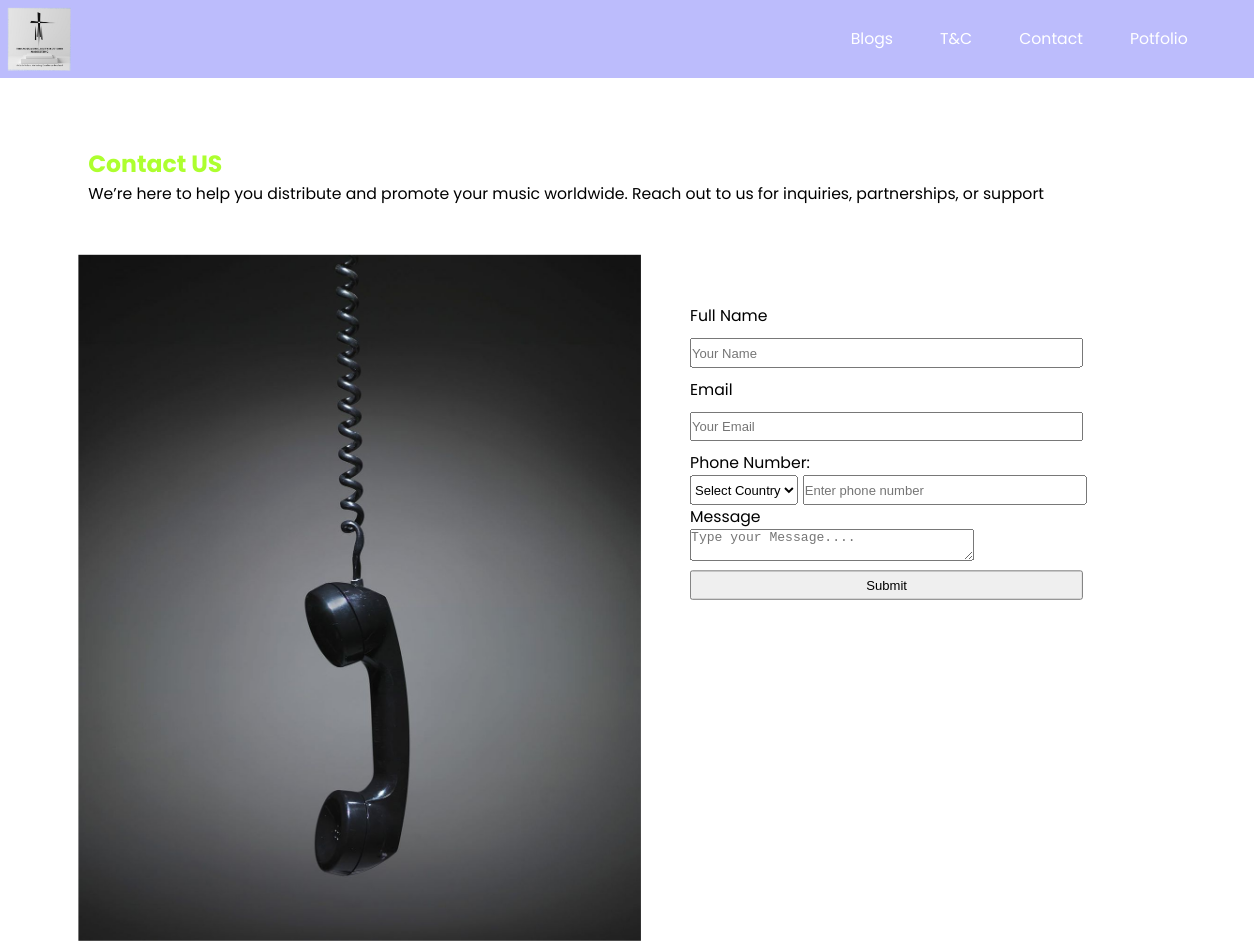
Repository: Ikebobo11/theboss
Page: contact.html
These files come from the project's save history. The page is drawn as it stood at one moment and after a run of saves; the edit follows.
The browser window is 1280 px wide. The pictures show the whole page, at 98% of full size.

Above is the page before, as saved 2025-08-16 06:13:02.

### contact.html
<!DOCTYPE html>
<html lang="en">
<head>
    <meta charset="UTF-8">
    <meta name="viewport" content="width=device-width, initial-scale=1.0">
    <link rel="stylesheet" href="contact.css">
    <link rel="shortcut icon" href="./WhatsApp Image 2025-05-12 at 4.31.54 PM.jpeg" type="image/x-icon">
    <link rel="preconnect" href="https://fonts.googleapis.com">
    <link rel="preconnect" href="https://fonts.gstatic.com" crossorigin>
    <link href="https://fonts.googleapis.com/css2?family=Poppins:ital,wght@0,100;0,200;0,300;0,400;0,500;0,600;0,700;0,800;0,900;1,100;1,200;1,300;1,400;1,500;1,600;1,700;1,800;1,900&display=swap" rel="stylesheet">
    <title>Document</title>
</head>
<body>
       <div class="menudiv">
      <div class="subhide">
        <a href="">Blogs</a>
        <a href="#Our-Services">T&C</a>
        <a href="contact.html">Contact</a>
        <a href="">Potfolio</a>
      </div>
     </div>
    <header>
        <div class="header-first-div">
            <img class="logo-image" src="./WhatsApp Image 2025-05-12 at 4.31.54 PM.jpeg"/>
            <div class="Nav-a">
              <a class="link-a" href="#about">Blogs</a>
              <a class="link-a" href="#Our-Services">T&C</a>
              <a class="link-a" href="contact.html">Contact</a>
              <a class="link-a" href="">Potfolio</a>
            </div>
                <img class="showbut hidela" src="./asset/hamburger.png"/>
                <img class="showbut hidelb" src="./asset/multiplication.png"/>

          </div>
          <section class="sectionA">
            <div class="headingc">
              <h1>Contact US</h1>
              <p>We’re here to help you distribute and promote your music worldwide. Reach out to us for inquiries, partnerships, or support</p>
            </div>
            <main class="contact-form">
              <div class="telephoneA">
                <img src="./asset/telephone.jpg"/>
              </div>
              <div class="formdiv">
                <form action="" method="post">
                  <label for="name">Full Name</label>
                  <input name="Full Name" id="name" placeholder="Your Name" required/>
                  <label for="Email">Email</label>
                  <input name="Email" id="Email" placeholder="Your Email" required/>
                  <label for="phone">Phone Number:</label>
                <div style="display: flex; gap: 5px;">
                <select id="country-code" name="country-code" style="width: 110px;" required>
                  <option value="">Select Country</option>
                  <!-- Americas / Europe / Asia-Pacific -->
                  <option value="+1">🇺🇸 +1 - United States</option>
                  <option value="+44">🇬🇧 +44 - United Kingdom</option>
                  <option value="+61">🇦🇺 +61 - Australia</option>
                  <option value="+64">🇳🇿 +64 - New Zealand</option>
                  <option value="+81">🇯🇵 +81 - Japan</option>
                  <option value="+49">🇩🇪 +49 - Germany</option>
                  <option value="+33">🇫🇷 +33 - France</option>
                  <option value="+39">🇮🇹 +39 - Italy</option>
                  <option value="+34">🇪🇸 +34 - Spain</option>
                  <option value="+55">🇧🇷 +55 - Brazil</option>
                  <option value="+358">🇫🇮 +358 - Finland</option>
                  <option value="+46">🇸🇪 +46 - Sweden</option>
                  <option value="+45">🇩🇰 +45 - Denmark</option>
                  <option value="+31">🇳🇱 +31 - Netherlands</option>
                  <option value="+351">🇵🇹 +351 - Portugal</option>
                  <option value="+41">🇨🇭 +41 - Switzerland</option>
                  <option value="+420">🇨🇿 +420 - Czech Republic</option>
                  <option value="+353">🇮🇪 +353 - Ireland</option>
                  <option value="+32">🇧🇪 +32 - Belgium</option>
                  <option value="+48">🇵🇱 +48 - Poland</option>
                  <option value="+234">🇳🇬 +234 - Nigeria</option>
                  <option value="+27">🇿🇦 +27 - South Africa</option>
                  <option value="+256">🇺🇬 +256 - Uganda</option>
                  <option value="+254">🇰🇪 +254 - Kenya</option>
                  <option value="+255">🇹🇿 +255 - Tanzania</option>
                  <option value="+260">🇿🇲 +260 - Zambia</option>
                  <option value="+263">🇿🇼 +263 - Zimbabwe</option>
                  <option value="+244">🇦🇴 +244 - Angola</option>
                  <option value="+237">🇨🇲 +237 - Cameroon</option>
                  <option value="+225">🇨🇮 +225 - Ivory Coast</option>
                  <option value="+233">🇬🇭 +233 - Ghana</option>
                  <option value="+265">🇲🇼 +265 - Malawi</option>
                  <option value="+252">🇸🇿 +268 - Eswatini</option>
                </select>
                <input type="tel" id="phone" name="phone" placeholder="Enter phone number" required>
                </div>
                <label for="massage">Message</label>
                <textarea name="Message" id="massage" placeholder="Type your Message...." required></textarea>
                <input type="submit" value="Submit"/>
              </form>
            </div>

        </main>
      </section>
</body>
</html>

### contact.css
*{
    padding: 0px;
    margin: 0px;
    box-sizing: border-box;
}
body{
     font-family: "Poppins", sans-serif;
}
img{
  max-width: 100%;
}
a{
  text-decoration: none;
}
p,li{
  @media (max-width:434px) {
    font-size: 14px;
  }
}
.logo-image{
    width: 4rem;
}
.header-first-div{
    background-color: rgb(188, 188, 252);
    color: white;
    padding: 0.5rem;
    display: flex;
    z-index: 2;
    justify-content: space-between;
    align-items: center;
    /* gap:3%; */
    position: fixed;
    width: 100vw;
}
.flex-box-a{
  background-color: blue;
}
.header-second-div{
  background-image: url(./st.jpg);
  background-position: center;
  background-size: cover;
  max-width: 100vw;
  min-height: 600px;
  padding-block: 200px 100px;
  @media (max-width:507px) {
    font-size: 40px;
    min-height: 300px;
  }
}
.header-first-h1{
  font-size: 80px;
  text-align: center;
  color: white;
    @media (max-width:507px) {
    font-size: 35px;
  }
}
.header-first-p{
  font-size: 30px;
  text-align: center;
  color: white;
    @media (max-width:507px) {
    font-size: 20px;
  }
}
.menudiv{
  position: fixed;
  top:5rem;
  background-color:green ;
  right: 0;
  width: 100vw;
  height: 353px;
  left: 0;
  z-index:2;

  display: none;
}
.Nav-a a{
  color: white;
  border-bottom:1px solid transparent;
}
.link-a:hover{
  color: greenyellow;
  border-bottom: 1px solid white;
}
.showbut{
  width: 3rem;
  padding-right: 1rem;
}
.hidelb{
  display: none;

}
.hidela{
  display: none;
   @media (max-width:659px) {
    display: block;
  }
}
.Nav-a{
  display: flex;
  padding-inline: 60px;
  gap: 3rem;
  @media (max-width:659px) {
    display: none;
  }
}
/* section a area */
.sectionA{
  top: 100px;
  position: relative;
  max-width: 1120px;
  margin-inline: auto;
}
.headingc{
  padding: 50px 10px;
}
.headingc>h1{
  color: greenyellow;
}
/* contact form css */
.contact-form{
  display: flex;
}
.telephoneA{
  max-width: 800px;
  height: 700px;
}
.telephoneA img{
  width: 100%;
  height: 100%;
}
.formdiv{
  max-width: 700px;
  flex-grow: 1;
}
form{
  padding: 50px;
}
form>input{
  width:90%;
  display: block;
  height: 30px;
  margin-block: 10px;
}
form>input:focus{
  border: 4px solid greenyellow;
}
#phone{
  width: 65%;
  height: 30px;
}
textarea{
  width: 65%;
  height: 70%;
  display: block;
}

After the next 5 saves:
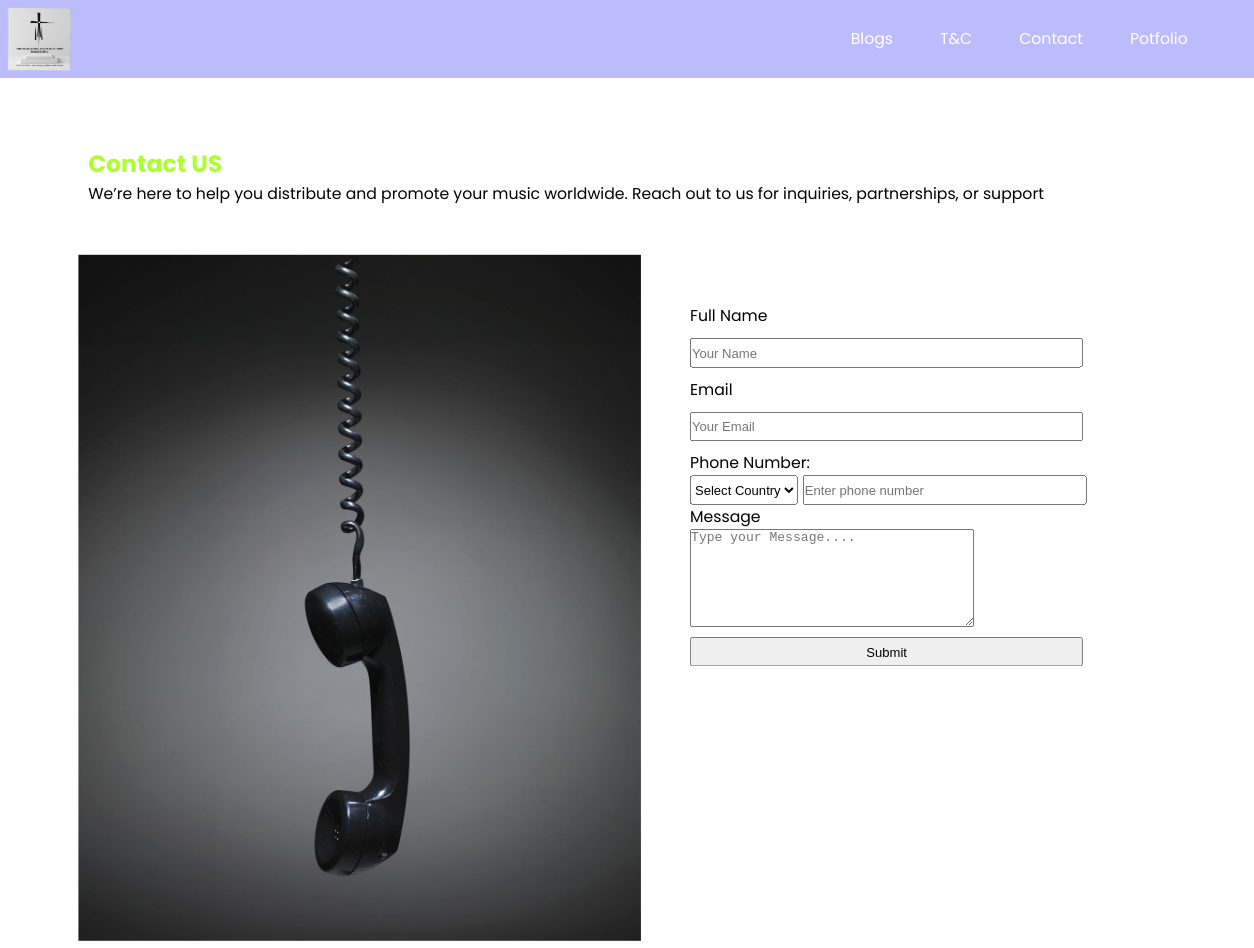
The 5 saves are shown as one change because they came seconds apart.
The last was saved 12 s later.
--- a/contact.css
+++ b/contact.css
@@ -152,6 +152,6 @@ form>input:focus{
 }
 textarea{
   width: 65%;
-  height: 70%;
+  height: 100px;
   display: block;
 }
